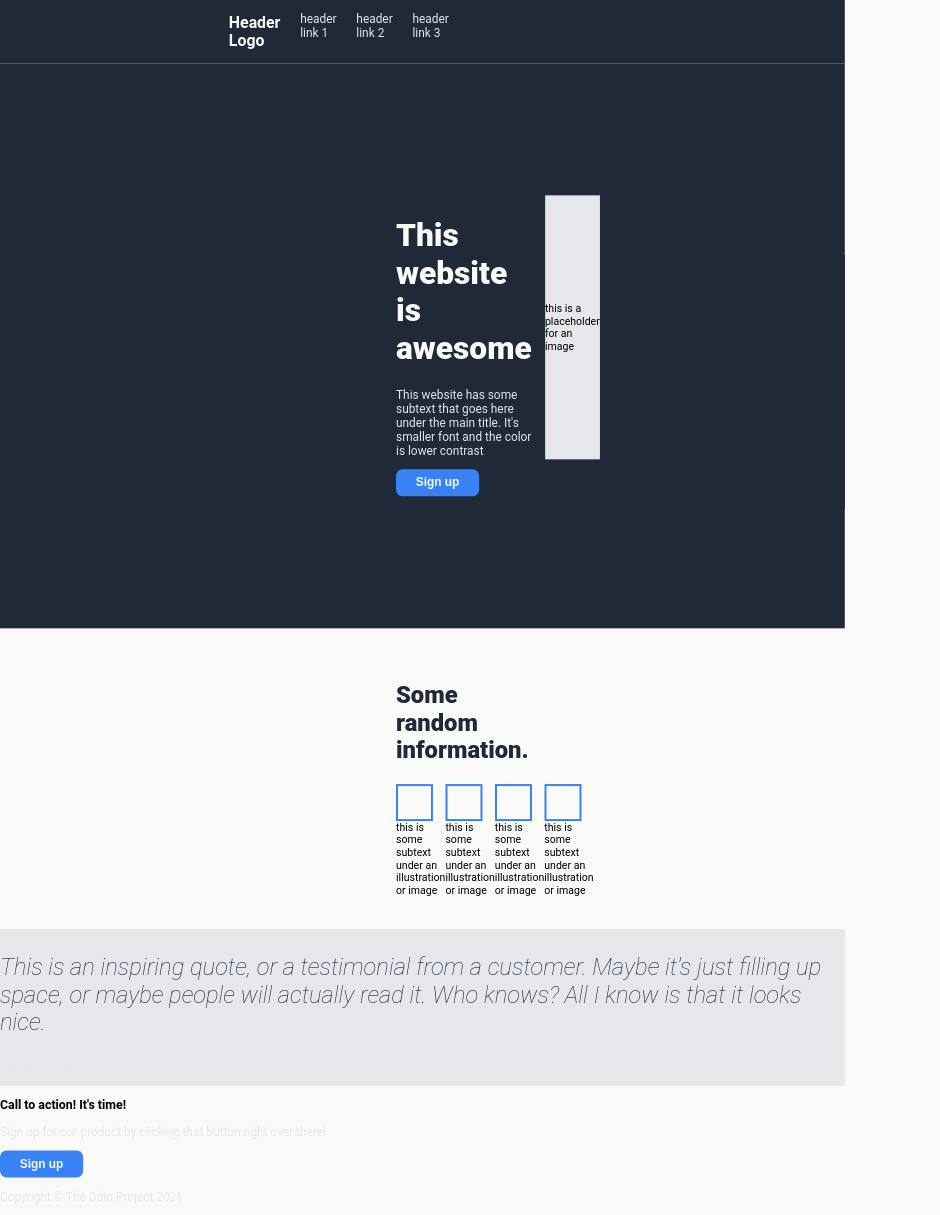
Repository: rsoetydev/landing-page
Page: index.html
An editor plug-in stored every save of this project. The page is shown before and after the next save, followed by the edit.
The browser window is 1280 px wide. The page is 1280 px wide, then 1424 px, so the pictures cover 1424 px, including what lies to the right of the window. The pictures show the whole page, at 66% of full size.

Above is the page before, as saved 2023-11-28 10:23:34.

After the next save:
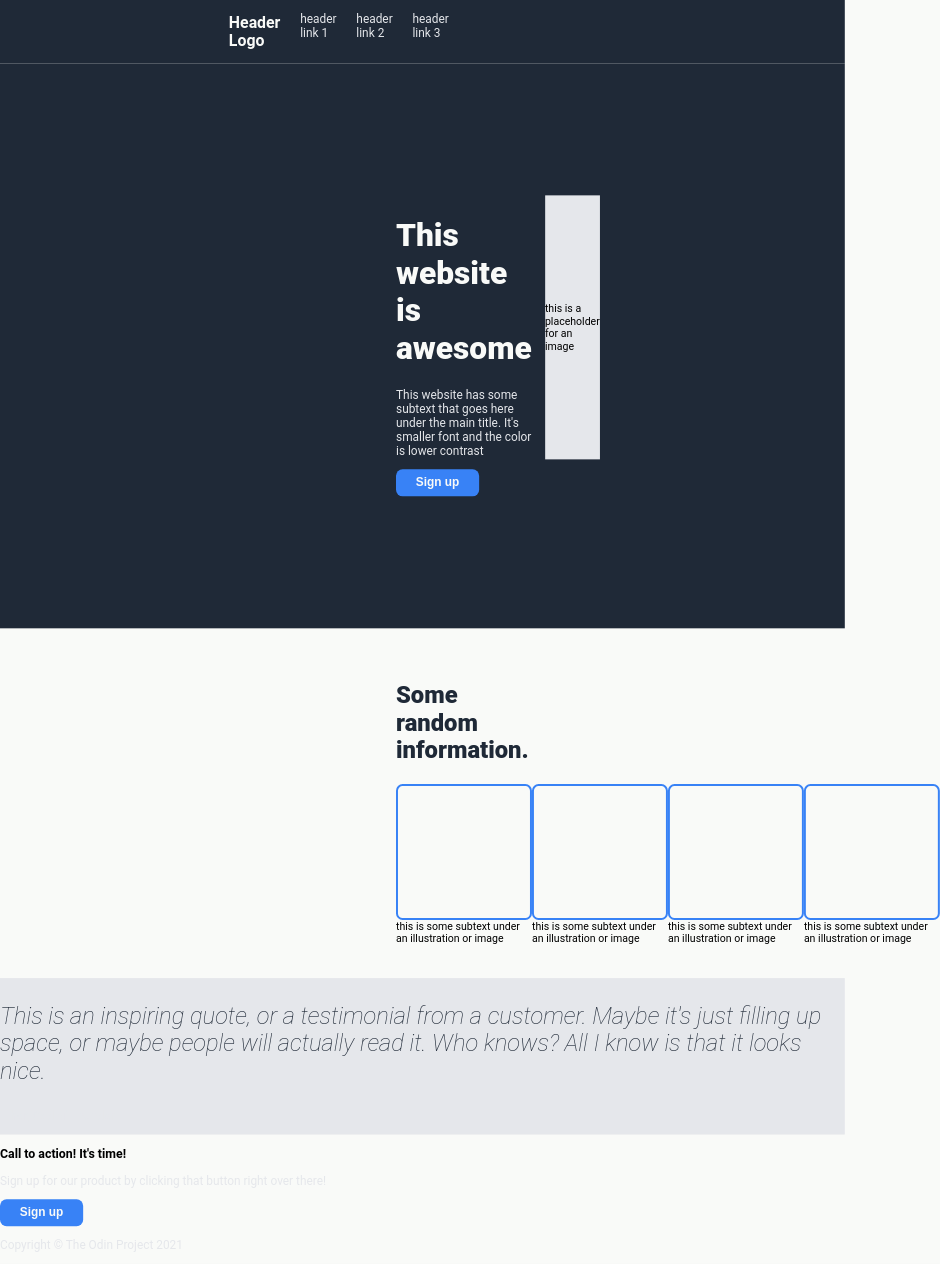
Saved 18 s later.
--- a/style.css
+++ b/style.css
@@ -103,10 +103,11 @@ button{
 }
 
 .item-pic{
-    width:50px;
-    height:50px;
+    width:200px;
+    height:200px;
     border-style: solid;
     border-color: var(--blue);
+    border-radius: 10px;
 }
 
 .quote{
